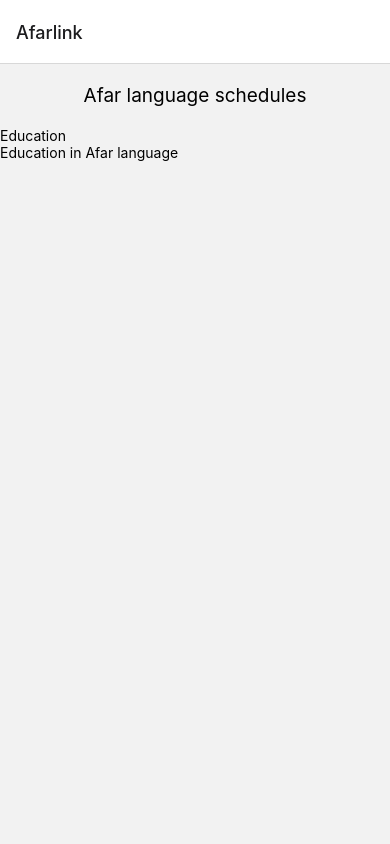
Repository: abdurehmanali611/Assunah_TV
Screen: /Afarlink
The author's editor kept a copy of each file at every save. The screen is drawn from the files as they stood at one save, then again after a run of saves.
The app was drawn by React Native's web renderer in a window 390 px wide. The project was rebuilt for these pictures with package versions that can differ from the ones it lists, and the page was loaded fresh each time. Also part of the build but not shown: Components/Login.js, Components/SignUp.js, Constants/Home.js, Constants/AboutUs.js, Constants/Contacts.js, Constants/AssunahFolder.js, Constants/AssunahKids.js, Constants/AdditionalExtra.js and 29 more.

Above is the screen before, as saved 2023-12-27 00:17:34.

### App.js
import { createStackNavigator } from "@react-navigation/stack";
import { NavigationContainer } from "@react-navigation/native";

import Login from "./Components/Login";
import SignUp from "./Components/SignUp";
import Home from "./Constants/Home";
import AboutUs from "./Constants/AboutUs";
import Contacts from "./Constants/Contacts";
import AssunahFolder from "./Constants/AssunahFolder";
import AssunahKids from "./Constants/AssunahKids";
import AdditionalExtra from "./Constants/AdditionalExtra";
import Qiratcenter from "./Constants/Qiratcenter";
import AmharicPrograms from './Programs/AmharicPrograms'
import ArabicPrograms from './Programs/ArabicPrograms'
import AffanOromo from './Programs/AffanOromo'
import Afar from './Programs/Afar'
import Ethio_Somali from './Programs/Ethio_Somali'
import Gumuz from './Programs/Gumuz'
import Hadere from './Programs/Hadere'
import Halaba from './Programs/Halaba'
import Tigrigna from './Programs/Tigrigna'
import LoginQirat from "./Assunah_Qirat_Center/LoginQirat";
import LoginQirat2 from "./Assunah_Qirat_Center/LoginQirat2";
import Logged from "./Assunah_Qirat_Center/Logged";
import Afarlink from "./Program_Links/Afarlink";
import AffanOromolink from "./Program_Links/AffanOromolink";
import Amhariclink from "./Program_Links/Amhariclink";
import Arabiclink from "./Program_Links/Arabiclink";
import EthioSomalilink from "./Program_Links/EthioSomalilink";
import Gumuzlink from "./Program_Links/Gumuzlink";
import Haderelink from "./Program_Links/Haderelink";
import Halabalink from "./Program_Links/Halabalink";
import Tigraylink from "./Program_Links/Tigraylink";
import Support from "./Additional/Support";
import Help from "./Additional/Help";
import Rate from "./Additional/Rate";
import Amhariclink_2 from "./Program_Links/Amhariclink_2";
import Amhariclink_3 from "./Program_Links/Amhariclink_3";
import Amhariclink_4 from "./Program_Links/Amhariclink_4";
import Amhariclink_5 from "./Program_Links/Amhariclink_5";
import AffanOromolink_2 from "./Program_Links/AffanOromolink_2";

const stack = createStackNavigator();

const App = () => {

  return (
    <NavigationContainer>
      <stack.Navigator initialRouteName="Afarlink" >
         <stack.Screen name="Log" component={Login}/>
         <stack.Screen name="Sign" component={SignUp}/>
         <stack.Screen name="Home" component={Home}/>
         <stack.Screen name="Qirat" component={Qiratcenter}/>
         <stack.Screen name="About" component={AboutUs}/>
         <stack.Screen name="Contact" component={Contacts}/>
         <stack.Screen name="Assunah" component={AssunahFolder}/>
         <stack.Screen name="Kids" component={AssunahKids}/>
         <stack.Screen name="Extra" component={AdditionalExtra}/>
         <stack.Screen name="Amharic" component={AmharicPrograms}/>
         <stack.Screen name="Arabic" component={ArabicPrograms}/>
         <stack.Screen name="Oromo" component={AffanOromo}/>
         <stack.Screen name="Afar" component={Afar}/>
         <stack.Screen name="Somali" component={Ethio_Somali}/>
         <stack.Screen name="Gumuz" component={Gumuz}/>
         <stack.Screen name="Hadere" component={Hadere}/>
         <stack.Screen name="Halaba" component={Halaba}/>
         <stack.Screen name="Tigray" component={Tigrigna}/>
         <stack.Screen name="Login" component={LoginQirat}/>
         <stack.Screen name="Login2" component={LoginQirat2}/>
         <stack.Screen name="Logged" component={Logged}/>
         <stack.Screen name="Afarlink" component={Afarlink}/>
         <stack.Screen name="Oromolink" component={AffanOromolink}/>
         <stack.Screen name="Oromolink2" component={AffanOromolink_2}/>
         <stack.Screen name="Amhariclink" component={Amhariclink}/>
         <stack.Screen name="Amhariclink2" component={Amhariclink_2}/>
         <stack.Screen name="Amhariclink3" component={Amhariclink_3}/>
         <stack.Screen name="Amhariclink4" component={Amhariclink_4}/>
         <stack.Screen name="Amhariclink5" component={Amhariclink_5}/>
         <stack.Screen name="Arabiclink" component={Arabiclink}/>
         <stack.Screen name="EthioSomalilink" component={EthioSomalilink}/>
         <stack.Screen name="Gumuzlink" component={Gumuzlink}/>
         <stack.Screen name="Haderelink" component={Haderelink}/>
         <stack.Screen name="Halabalink" component={Halabalink}/>
         <stack.Screen name="Tigraylink" component={Tigraylink}/>
         <stack.Screen name="support" component={Support}/>
         <stack.Screen name="help" component={Help}/>
         <stack.Screen name="rate" component={Rate}/>
      </stack.Navigator>
    </NavigationContainer>

  )
};

export default App;

### Program_Links/Afarlink.js
import React from "react";
import { Linking, TouchableOpacity } from "react-native";
import { Text } from "react-native";
import { View } from "react-native";

const Afarlink = () => {

    return <View>
        <Text style = {{marginVertical: 20, textAlign: 'center', fontSize: 19}}>Afar language schedules</Text>
        <View>
            <Text>Education</Text>
            <View>
                <TouchableOpacity
                onPress={() => Linking.openURL('https://www.youtube.com/watch?v=D3HWMIlFyBE&list=PLZaq281_mc43BjJofr5omaXHUci6lgonP&pp=iAQB')}
                >
                    <Text>Education in Afar language</Text>
                </TouchableOpacity>
            </View>
        </View>
    </View>

}

export default Afarlink

After the next 2 saves:
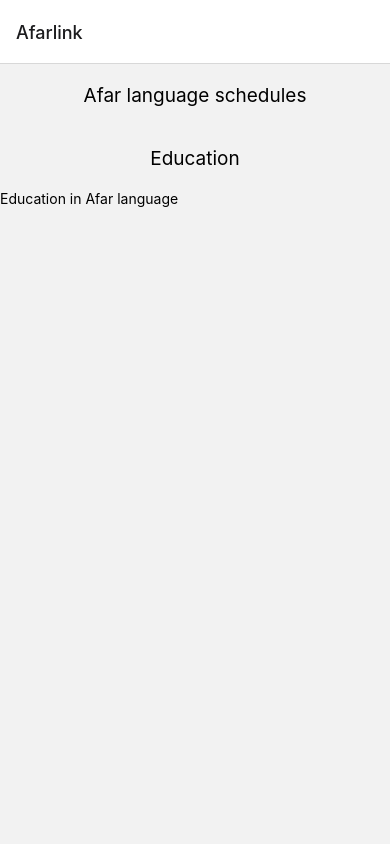
The 2 saves are shown as one change because they came seconds apart.
The last was saved 16 s later.
--- a/Program_Links/Afarlink.js
+++ b/Program_Links/Afarlink.js
@@ -8,7 +8,7 @@ const Afarlink = () => {
     return <View>
         <Text style = {{marginVertical: 20, textAlign: 'center', fontSize: 19}}>Afar language schedules</Text>
         <View>
-            <Text>Education</Text>
+            <Text style = {{marginVertical: 20, textAlign: 'center', fontSize: 19}}>Education</Text>
             <View>
                 <TouchableOpacity
                 onPress={() => Linking.openURL('https://www.youtube.com/watch?v=D3HWMIlFyBE&list=PLZaq281_mc43BjJofr5omaXHUci6lgonP&pp=iAQB')}
